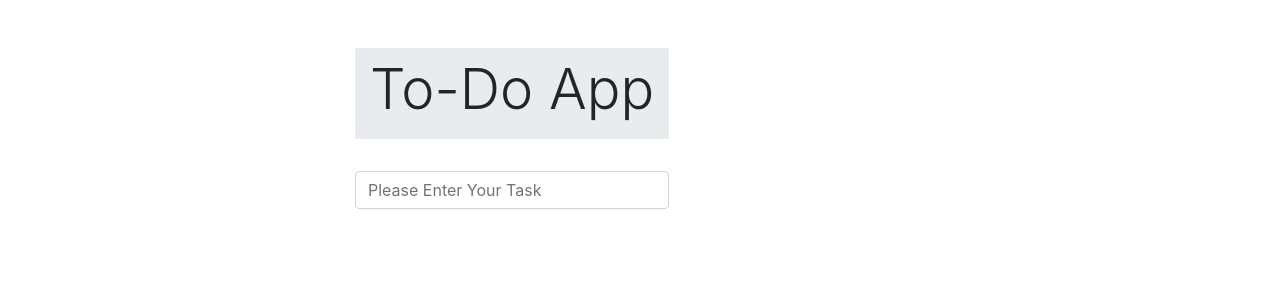
Repository: Khilanmakwana/Todo-App-ReactJS
Page: /
The author's editor kept a copy of each file at every save. The page is drawn from the files as they stood at one save, then again after the next save.
The browser window is 1280 px wide. The pictures show the whole page.
The project was rebuilt for these pictures with package versions that can differ from the ones it lists, and the page was loaded fresh each time. Also part of the build but not shown: src/App.css.

Above is the page before, as saved 2020-04-28 15:31:47.

After the next save:
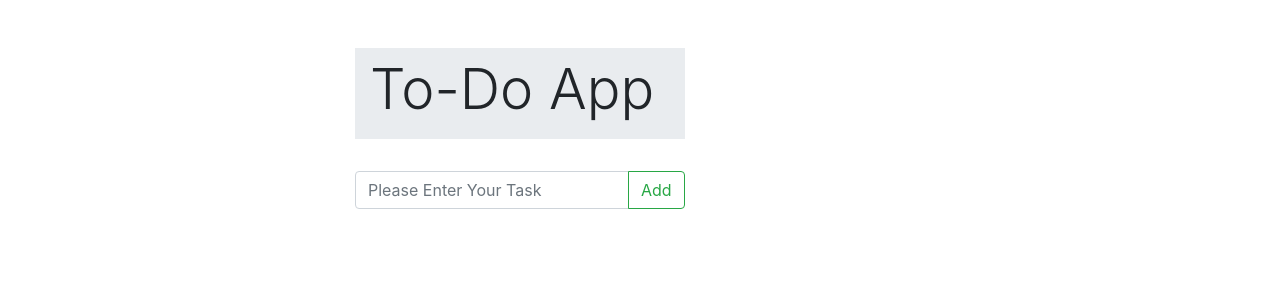
Saved 3 min 17 s later.
--- a/src/App.js
+++ b/src/App.js
@@ -10,12 +10,17 @@ function App() {
         </div>
       </div>
       <form className="mb-3">
-        <input
-          type="text"
-          className="form-control"
-          placeholder="Please Enter Your Task"
-          autoComplete="off"
-        />
+        <div className="input-group">
+          <input
+            type="text"
+            className="form-control"
+            placeholder="Please Enter Your Task"
+            autoComplete="off"
+          />
+          <div className="input-group-append">
+            <button type="sumbit" className="btn btn-outline-success">Add</button>
+          </div>
+        </div>
       </form>
     </div>
   );
